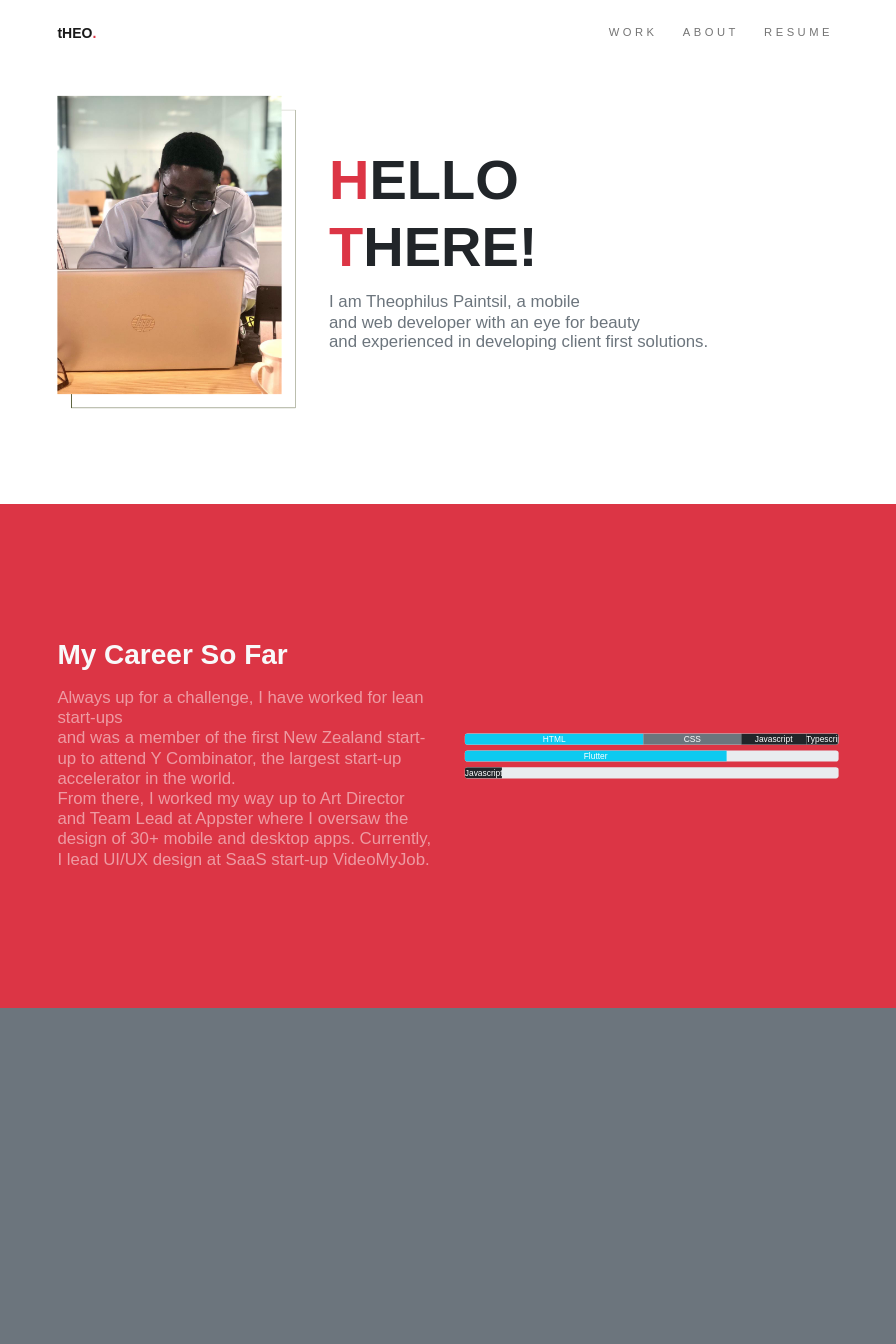
Repository: tHEO2k17/portfolio
Page: /
These files come from the project's save history. The page is drawn as it stood at one moment and after the next save; the edit follows.
The browser window is 1280 px wide. The pictures show the part of the page from y = 0 to 1920 px (the page is 3000 px tall), at 70% of full size.
The project was rebuilt for these pictures with package versions that can differ from the ones it lists, and the page was loaded fresh each time.

Above is the page before, as saved 2021-07-22 10:50:55.

### public/index.html
<!DOCTYPE html>
<html lang="en">
  <head>
    <meta charset="utf-8" />
    <link rel="icon" href="%PUBLIC_URL%/favicon.ico" />
    <meta name="viewport" content="width=device-width, initial-scale=1" />
    <meta name="theme-color" content="#000000" />
    <meta
      name="description"
      content="Web site created using create-react-app"
    />
    <link rel="apple-touch-icon" href="%PUBLIC_URL%/logo192.png" />
    <link rel="manifest" href="%PUBLIC_URL%/manifest.json" />
    <title>Theophilus Paintsil - Portfolio</title>
  </head>
  <body>
    <noscript>You need to enable JavaScript to run this app.</noscript>
    <div id="root"></div>
  </body>
</html>

### src/index.tsx
import React from 'react';
import ReactDOM from 'react-dom';
import './index.scss';
import App from './presentation/App';

ReactDOM.render(
  <React.StrictMode>
    <App />
  </React.StrictMode>,
  document.getElementById('root')
);

### src/index.scss
@import '~bootstrap/scss/bootstrap.scss';

body{
    font-family: Arial, Helvetica, sans-serif;
}
// Navbar
.navbar-light .navbar-nav{
    padding: 1.2rem 0rem;
}

.navbar-light .navbar-nav .nav-link {
   letter-spacing: 5px;
//    font-size: 14px;
}

.navbar-light .navbar-nav .nav-link:not(:last-child) {
    margin-right: 20px;
 }

### src/presentation/App.tsx
import React from 'react';
import { Switch, Route, BrowserRouter as Router, } from 'react-router-dom';
import HomePage from './pages/HomePage';

function App() {
  return (
    <Router>
      <Switch>
        <Route exact path="/" component={HomePage} />
      </Switch>
    </Router>
  );
}

export default App;

### src/presentation/pages/HomePage.tsx
import { Col, Container, Nav, Navbar, Row, Image, ProgressBar } from "react-bootstrap";

export default function HomePage() {

    return (
        <>
            <Navbar expand="lg" fixed="top" variant="light">
                <Container>
                    <Navbar.Brand href="#home">
                        <span className="fw-bold">tHEO<b className="text-danger">.</b></span>
                    </Navbar.Brand>
                    <Navbar.Toggle />
                    <Navbar.Collapse>
                        <Nav className="ms-auto">
                            <Nav.Link href="#home">WORK</Nav.Link>
                            <Nav.Link href="#home">ABOUT</Nav.Link>
                            <Nav.Link href="#link">RESUME</Nav.Link>
                        </Nav>
                    </Navbar.Collapse>
                </Container>
            </Navbar>

            <header className="min-vh-100">
                <Container>
                    <Row className="align-items-center min-vh-100 my-auto gx-5">
                        <Col md="4"> <Image src="assets/images/theo.png" fluid /> </Col>
                        <Col>
                            <h1 className="display-1 fw-bold">
                                <b className="text-danger">H</b>ELLO <br />
                                <b className="text-danger">T</b>HERE!
                            </h1>
                            <h4 className="fw-light text-muted mt-3">
                                I am Theophilus Paintsil, a mobile <br />
                                and web developer with an eye for beauty <br />
                                and experienced in developing client first solutions.
                            </h4>
                        </Col>
                    </Row>
                </Container>
            </header>

            <section className="bg-danger min-vh-100">
                {/* skills and tools */}
                <Container>
                    <Row className="align-items-center min-vh-100 my-auto gx-5 text-light">
                        <Col>
                            <h1 className="fw-bold">My Career So Far</h1>
                            <h4 className="text-white-50 mt-4">
                                Always up for a challenge, I have worked for lean start-ups<br />
                                and was a member of the first New Zealand start-up to attend Y Combinator,
                                the largest start-up accelerator in the world. <br />
                                From there, I worked my way up to Art Director and Team Lead at Appster where
                                I oversaw the design of 30+ mobile and desktop apps. Currently,
                                I lead UI/UX design at SaaS start-up VideoMyJob.
                            </h4>
                        </Col>
                        <Col>
                            <ProgressBar>
                                <ProgressBar variant="info" now={55} key={1} label="HTML" />
                                <ProgressBar variant="secondary" now={30} key={2} label="CSS" />
                                <ProgressBar variant="dark" now={20} key={3} label="Javascript" />
                                <ProgressBar variant="dark" now={10} key={3} label="Typescript" />
                            </ProgressBar>
                            <ProgressBar className="my-2" variant="info" now={70} key={3} label="Flutter" />
                            <ProgressBar variant="dark" now={10} key={3} label="Javascript" />
                        </Col>
                    </Row>
                </Container>
            </section>

            <section className="bg-secondary min-vh-100">
                {/* employment history */}
            </section>

            <section className="bg-light min-vh-100">
                {/* work gallery */}
            </section>

            <footer className="bg-dark text-white">
                <Container className="py-5">
                    <Row>
                        <Col>&copy; {new Date().getFullYear()} Theophilus Paintsil. All rights reserved </Col>
                    </Row>
                </Container>
            </footer>

        </>
    );
}

After the next save:
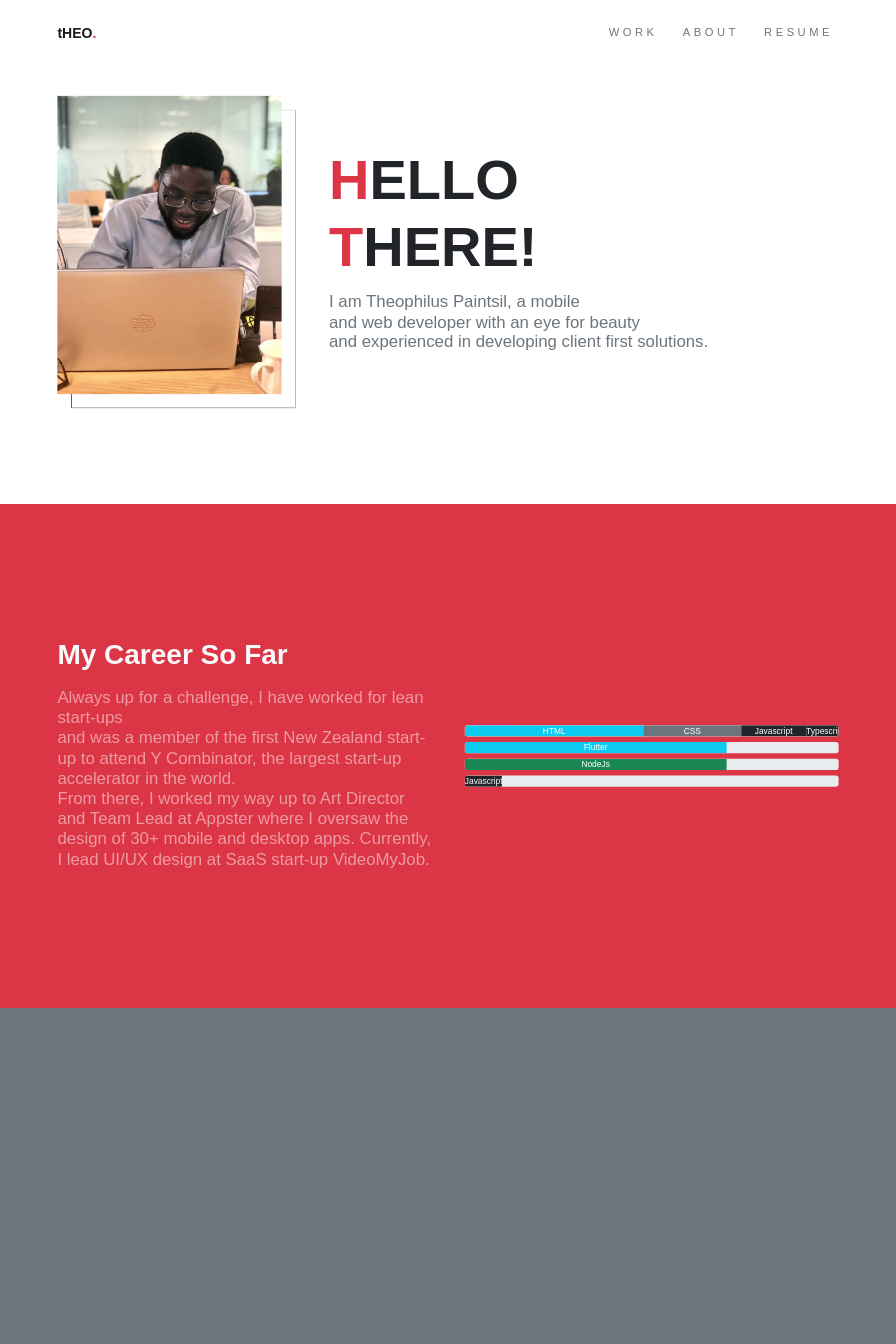
Saved 28 s later.
--- a/src/presentation/pages/HomePage.tsx
+++ b/src/presentation/pages/HomePage.tsx
@@ -62,6 +62,7 @@ export default function HomePage() {
                                 <ProgressBar variant="dark" now={10} key={3} label="Typescript" />
                             </ProgressBar>
                             <ProgressBar className="my-2" variant="info" now={70} key={3} label="Flutter" />
+                            <ProgressBar className="my-2" variant="success" now={70} key={3} label="NodeJs" />
                             <ProgressBar variant="dark" now={10} key={3} label="Javascript" />
                         </Col>
                     </Row>
